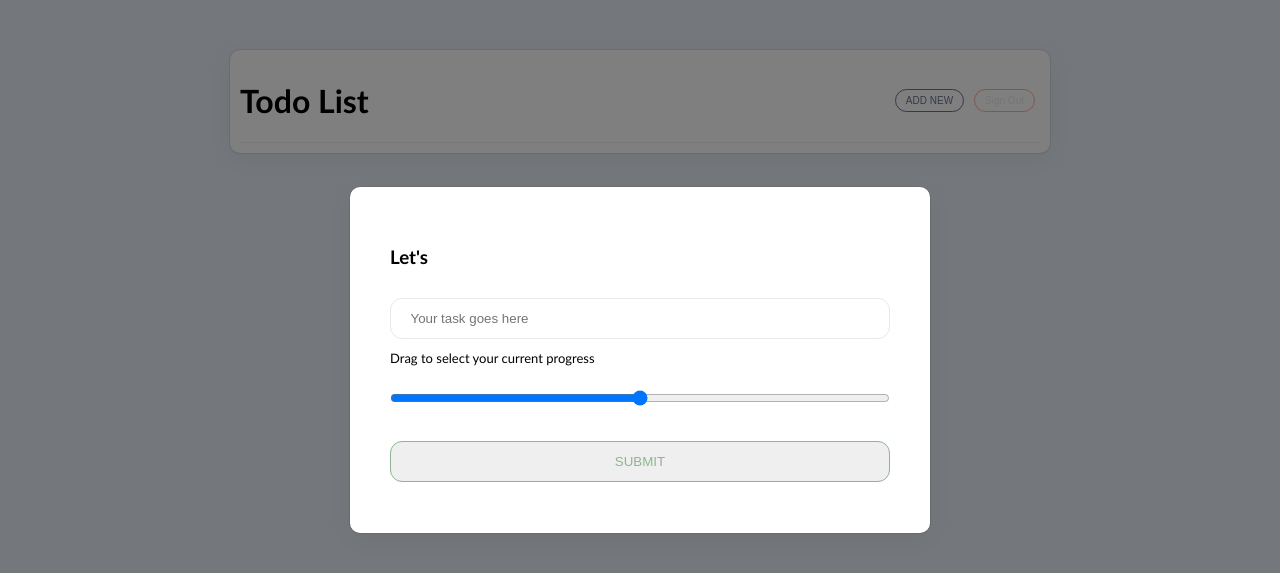
Repository: mosesvk/_todo
Page: / (app in client/), after clicking the first element matching `button.create`
An editor plug-in stored every save of this project. The page is shown before and after a run of saves, followed by the edit.
The browser window is 1280 px wide. The pictures show the whole page.
The page's requests for data from a server got no answer. The project was rebuilt for these pictures with package versions that can differ from the ones it lists, and the page was loaded fresh each time. No one was signed in, and anything a server would have sent is missing. Also part of the build but not shown: client/vite.config.js, client/src/components/ProgressBar.jsx, client/src/components/ListItem.jsx. Imported but missing from the stored project, and not drawn on this page: client/src/components/TickIcon.

Above is the page before, as saved 2023-05-04 13:14:56.

### client/src/App.jsx
import { useState, useEffect } from 'react'
import ListHeader from './components/ListHeader'
import ListItem from './components/ListItem'

const App = () => {
  const userEmail = 'test@test.com'
  const [tasks, setTasks] = useState(null)

  const getData = async () => {

    try {
      const response = await fetch(`http://localhost:8000/todos/${userEmail}`)
      const json = await response.json()
      setTasks(json)
    } catch (err) {
      console.error(err)
    }
  }

  useEffect(() => {
    getData()
  }, [])

  // console.log(tasks)

  const sortedTasks = tasks?.sort((a, b) => new Date(a.date) - new Date(b.date))

  return (
    <div className='app'>
      <ListHeader listName='Todo List' />
      {sortedTasks?.map((task) => <ListItem key={task.id} task={task} />)}
    </div>
  )
}

export default App

### client/src/index.css
body {
  margin: 0;
  padding: 0;
  background-color: #e9f1f9;
  display: flex;
  justify-content: center;
  font-family: 'Trebuchet MS', Arial, sans-serif;
}

.app {
  background-color: #ffffff;
  box-shadow: #0000000d 0 6px 24px, #00000014 0 0 0 1px;
  border-radius: 10px;
  padding: 10px;
  width: 800px;
  margin: 50px;
}

.button-container,
.info-container {
  display: flex;
  align-items: center;
}

.button-container button {
  margin: 0 5px;
  padding: 5px 10px;
  font-size: 10px;
  border-radius: 12px;
  background-color: transparent;
  cursor: pointer;
}


.edit {
    border: 1.5px solid #8db591;
    color: #8db591;
    text-transform: uppercase;
}

.edit:hover {
    background-color: #b6dfba;
}

.edit:active {
    border: 1.5px solid rgb(141, 181, 145);
    color: rgb(255, 255, 255);
    background-color: rgb(141, 181, 145);
}

.delete {
    border: 1.5px solid rgb(255, 175, 163);
    color: rgb(255, 175, 163);
    text-transform: uppercase;
}

.delete:hover {
    background-color: rgb(255, 201, 193);
}

.delete:active {
    background-color: rgb(255, 175, 163);
    color: rgb(255, 255, 255);
}

.create {
    border: 1.5px solid rgb(108, 115, 148);
    color: rgb(108, 115, 148);
    text-transform: uppercase;
}

.create:hover {
    background-color: rgb(131, 138, 172);
}

.create:active {
    background-color: rgb(108, 115, 148);
    color: rgb(255, 255, 255);
}

.signout {
    border: 1.5px solid rgb(255, 175, 163);
    background-color: rgb(255, 175, 163);
    color: rgb(234, 234, 234);
}

.signout:hover {
    background-color: rgb(175, 94 , 94) !important;
    border: 1.5px solid rgb(175, 94, 94);
}

.signout:active {
    border: 1.5px solid rgb(175, 81, 81);
    background-color: 1.5px solid rgb(175, 81, 81);
    color: rgb(255, 255, 255)
}


input {
    margin: 11px 0;
    padding: 12px 16px;
    border-radius: 12px;
    border: 1.5px solid rgb(230, 232, 236)
}


/* List Header  */

.list-header {
  width: 100%;
  display: flex;
  justify-content: space-between;
  border-bottom: #0000000d 1px solid;
}

.list-item {
  width: 100%;
  margin: 10px 0;
  border-radius: 10px;
  box-shadow: #00000014 0 0 0 1px;
  display: flex;
  justify-content: space-between;
}

.check {
  stroke: '#5dac83' !important;
  margin-right: 10px;
}


/* Modal  */

.overlay {
    position: absolute;
    left: 0;
    top: 0;
    width: 100vw;
    height: 100vh;
    background-color: rgba(0, 0, 0, 0.5);
    display: flex;
    justify-content: center;
    align-items: center;
}

.modal {
    width: 500px;
    background-color: rgb(255, 255, 255);
    padding: 40px;
    border-radius: 10px;
    box-shadow: rgba(0, 0, 0, 0.05) 0 6px 24px 0, rgba(0, 0, 0, 0.08) 0 0 0 1px;
}

.modal .form-title-container {
    display: flex;
    justify-content: space-between;
}

.modal .form-title-container button {
    border: none;
    background-color: transparent;
}

.modal .form-title-container button:active {
    color: rgb(255, 50, 50)
}

.modal form {
    display: flex;
    flex-direction: column;
}

.modal label {
    font-size: 13px
}

### client/src/components/ListHeader.jsx
import React from 'react'
import Modal from './Modal'
import { useState } from 'react'

const ListHeader = ({listName}) => {

  const [showModal, setShowModal] = useState(false)

  const signOut = () => {
    console.log('signout')
  }

  return (
    <div className='list-header'>
      <h1>{listName}</h1>
      <div className="button-container">
        <button className="create" onClick={() => setShowModal(true)}>Add New</button>
        <button className="signout" onClick={signOut}>Sign Out</button>
      </div>
      {showModal && <Modal mode={'create'} setShowModal={setShowModal}/>}
    </div>
  )
}

export default ListHeader

### client/src/components/Modal.jsx
import {useState} from 'react';

const Modal = () => {
  const mode = 'create';
  const editMode = mode === 'edit' ? true : false;

  const [data, setData] = useState({
    user_email: '',
    title: '',
    progress: '',
    data: editMode ? '' : new Date()
  });

  const handleChange = (e) => {
    const { name, value } = e.target;

    setData((data) => ({
      ...data,
      [name]: value
    }));

    console.log(data)
  };

  return (
    <div className='overlay'>
      <div className='modal'>
        <div className='form-title-container'>
          <h3>Let's</h3>
        </div>

        <form>
          <input
            required
            maxLength={30}
            placeholder=' Your task goes here'
            name='title'
            value={data.title}
            onChange={handleChange}
          />
          <label for='range'>Drag to select your current progress</label>
          <input
            required
            id='range'
            type='range'
            min='0'
            max='100'
            name='progress'
            value={data.progress}
            onChange={handleChange}
          />
          <input className='edit' type='submit' />
        </form>
      </div>
    </div>
  );
};

export default Modal;

Loaded but not shown: client/index.html (common file); client/src/main.jsx (common file)

After the next 2 saves:
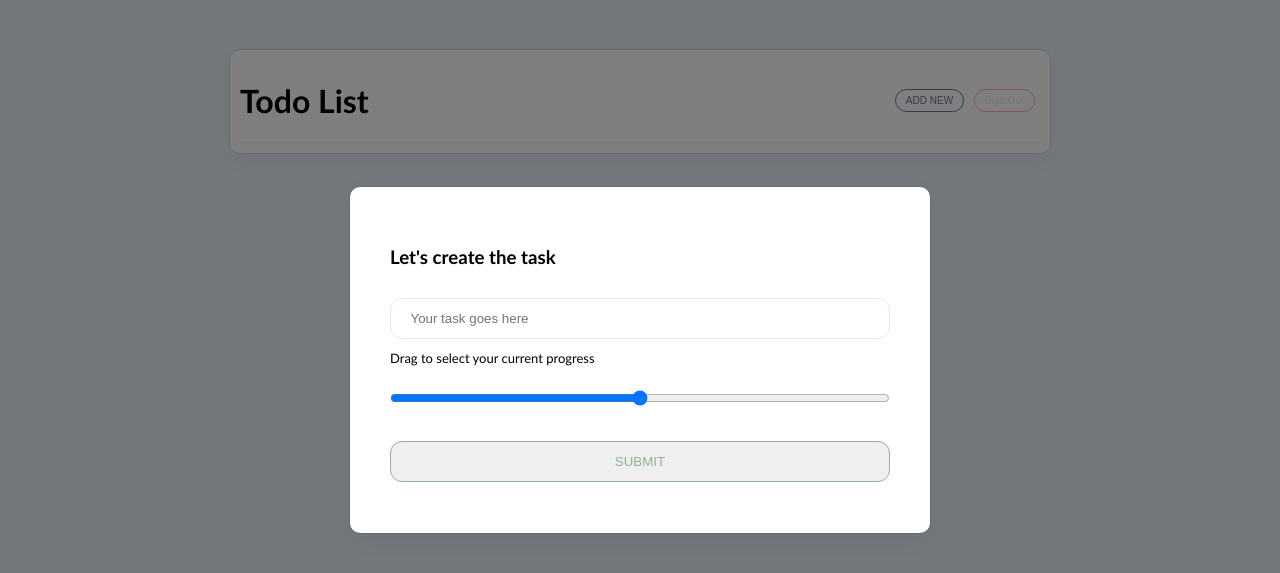
The 2 saves are shown as one change because 1 did not build or start.
The last was saved 65 s later.
--- a/client/src/components/Modal.jsx
+++ b/client/src/components/Modal.jsx
@@ -1,7 +1,7 @@
 import {useState} from 'react';
 
-const Modal = () => {
-  const mode = 'create';
+const Modal = ({mode, setShowModal}) => {
+  mode = 'create';
   const editMode = mode === 'edit' ? true : false;
 
   const [data, setData] = useState({
@@ -26,7 +26,7 @@ const Modal = () => {
     <div className='overlay'>
       <div className='modal'>
         <div className='form-title-container'>
-          <h3>Let's</h3>
+          <h3>Let's {mode} the task</h3>
         </div>
 
         <form>
